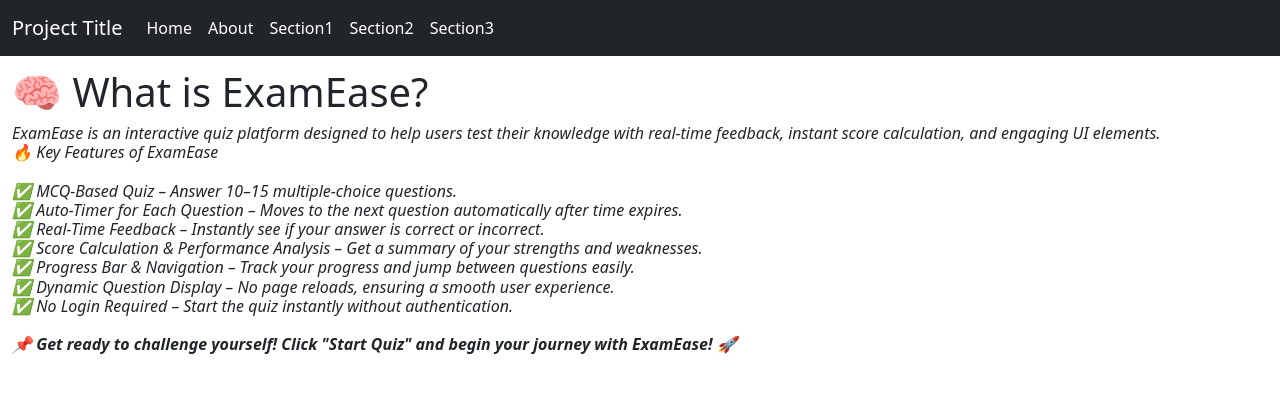
Repository: rahul-chakradhari/devquest
Page: /about (app in project/)
These files come from the project's save history. The page is drawn as it stood at one moment and after the next save; the edit follows.
The browser window is 1280 px wide. The pictures show the whole page.
The project was rebuilt for these pictures with package versions that can differ from the ones it lists, and the page was loaded fresh each time. Also part of the build but not shown: project/vite.config.js, project/src/components/Home.jsx, project/src/components/Section1.jsx, project/src/components/Section2.jsx, project/src/components/Section3.jsx, project/src/index.css.

Above is the page before, as saved 2025-02-23 13:04:30.

After the next save:
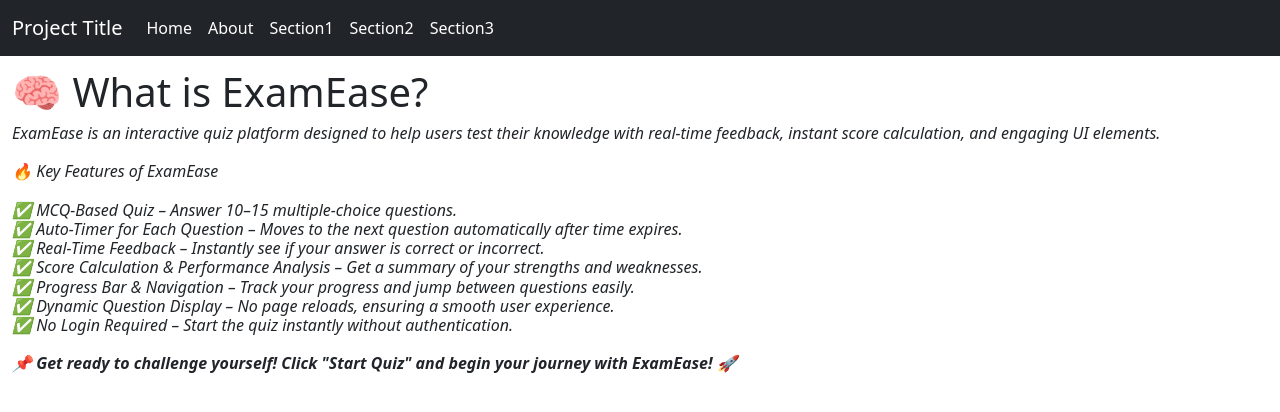
Saved 9 s later.
--- a/project/src/components/About.jsx
+++ b/project/src/components/About.jsx
@@ -8,7 +8,7 @@
         <i>
           ExamEase is an interactive quiz platform designed to help users test
           their knowledge with real-time feedback, instant score calculation,
-          and engaging UI elements. <br />
+          and engaging UI elements. <br /> <br />
           🔥 Key Features of ExamEase <br /> <br />✅ MCQ-Based Quiz – Answer
           10–15 multiple-choice questions. <br /> ✅ Auto-Timer for Each
           Question – Moves to the next question automatically after time
